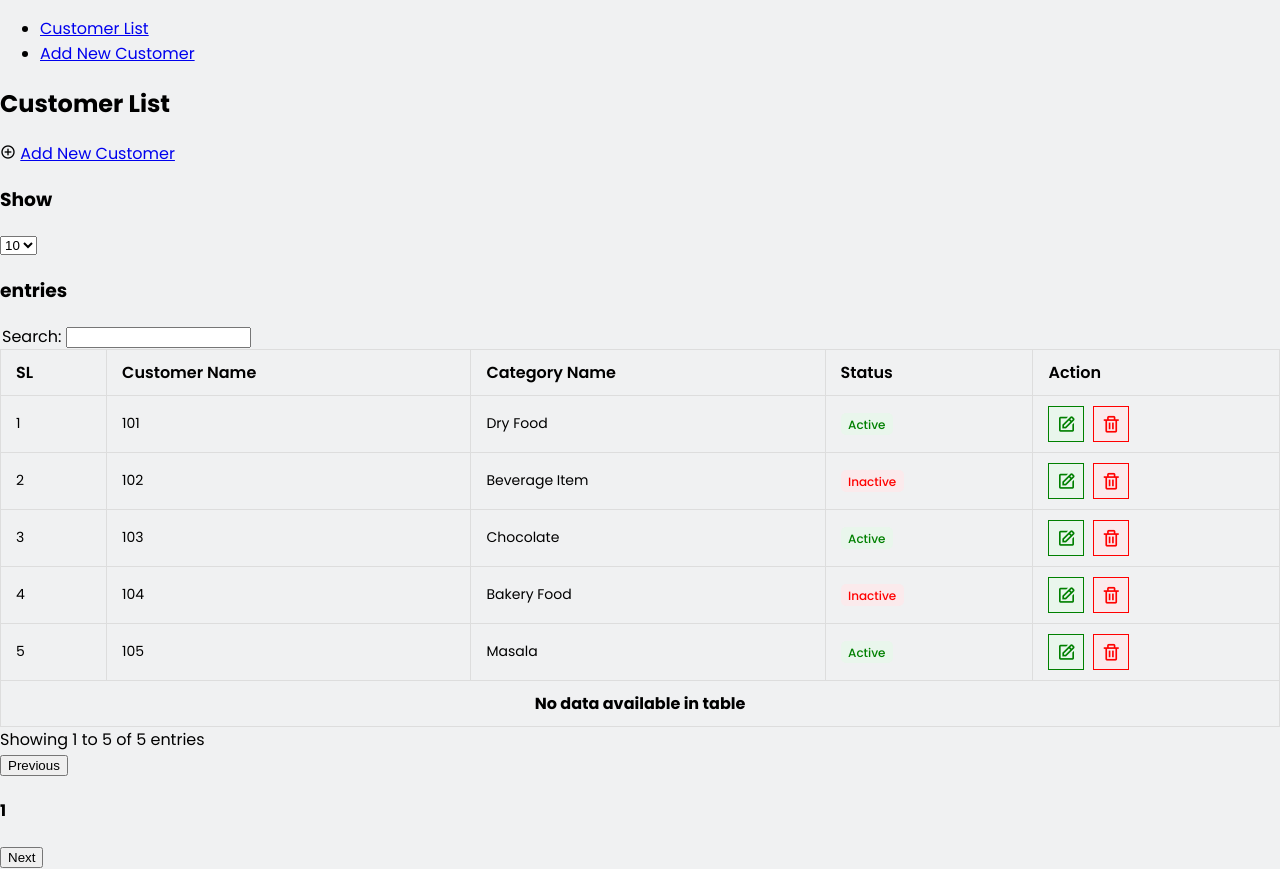
Repository: codebyaddro/customer-page
Page: customer.html
The author's editor kept a copy of each file at every save. The page is drawn from the files as they stood at one save, then again after a run of saves.
The browser window is 1280 px wide. The pictures show the whole page.

Above is the page before, as saved 2025-02-20 13:54:32.

### customer.html
<!DOCTYPE html>
<html lang="en">
<head>
    <meta charset="UTF-8">
    <meta name="viewport" content="width=device-width, initial-scale=1.0">
    <!-- CSS -->
    <link rel="stylesheet" href="css/customer.css">
    <!-- Icons -->
    <link href='https://unpkg.com/boxicons@2.1.4/css/boxicons.min.css' rel='stylesheet'>
    <title>Customer - Page</title>
</head>
<body>
    <div class="cba-customer-container">
        <div class="cba-cusc-top-menus">
            <ul>
                <li><a href="/index.html" class="-cba-cusc-active-menu">Customer List</a></li>
                <li><a href="/inner-pages/html/anc.html" class="cba-cusc-light-up">Add New Customer</a></li>
            </ul>
        </div>
        <div class="cba-cusc-list-container">
            <div class="cba-cusc-heading-add-new-btn">
                <div class="cba-cusc-heading">
                    <h2>Customer List</h2>
                </div>
                <div class="cba-cusc-add-new-btn">
                    <i class='cba-cusc-add-icon bx bx-plus-circle'></i>
                    <a href="/inner-pages/html/anc.html">Add New Customer</a>
                </div>
            </div>
            <div class="cba-cusc-list-short-dpdwn-search-box">
                <div class="cba-cusc-list-short-dpdwn">
                    <h3>Show</h3>
                    <select name="10" id="">
                        <option value="">10</option>
                        <option value="">20</option>
                        <option value="">30</option>
                        <option value="">All</option>
                    </select>
                    <h3>entries</h3>
                </div>
                <div class="cba-cusc-search-box">
                    <legend>Search: <input type="text"></legend>
                </div>
            </div>
            <div class="cba-cusc-table-list">
                <table>
                    <thead>
                        <tr>
                            <th title="SL">SL</th>
                            <th title="Code">Customer Name</th>
                            <th title="Category Name">Category Name</th>
                            <th title="Status">Status</th>
                            <th title="Action">Action</th>
                        </tr>
                    </thead>
                    <tbody>
                        <tr>
                            <td>1</td>
                            <td>101</td>
                            <td>Dry Food</td>
                            <td><span class="active">Active</span></td>
                            <td>
                                <a title="Edit" href="#"><i class='edit-icon bx bx-edit'></i></a>
                                <a title="Delete" href="#"><i class='delete-icon bx bx-trash'></i></a>
                            </td>
                        </tr>
                        <tr>
                            <td>2</td>
                            <td>102</td>
                            <td>Beverage Item</td>
                            <td><span class="inactive">Inactive</span></td>
                            <td>
                                <a title="Edit" href="#"><i class='edit-icon bx bx-edit'></i></a>
                                <a title="Delete" href="#"><i class='delete-icon bx bx-trash'></i></a>
                            </td>
                        </tr>
                        <tr>
                            <td>3</td>
                            <td>103</td>
                            <td>Chocolate</td>
                            <td><span class="active">Active</span></td>
                            <td>
                                <a title="Edit" href="#"><i class='edit-icon bx bx-edit'></i></a>
                                <a title="Delete" href="#"><i class='delete-icon bx bx-trash'></i></a>
                            </td>
                        </tr>
                        <tr>
                            <td>4</td>
                            <td>104</td>
                            <td>Bakery Food</td>
                            <td><span class="inactive">Inactive</span></td>
                            <td>
                                <a title="Edit" href="#"><i class='edit-icon bx bx-edit'></i></a>
                                <a title="Delete" href="#"><i class='delete-icon bx bx-trash'></i></a>
                            </td>
                        </tr>
                        <tr>
                            <td>5</td>
                            <td>105</td>
                            <td>Masala</td>
                            <td><span class="active">Active</span></td>
                            <td>
                                <a title="Edit" href="#"><i class='edit-icon bx bx-edit'></i></a>
                                <a title="Delete" href="#"><i class='delete-icon bx bx-trash'></i></a>
                            </td>
                        </tr>
                        <tr class="cba-cusc-no-data-available">
                            <th colspan="5">No data available in table</th>
                        </tr>
                    </tbody>
                </table>
            </div>
            <div class="cba-cusc-entries-details-list-page-btn">
                <div class="cba-cusc-entries-details">
                    Showing <span>1</span> to <span>5</span> of <span>5</span> entries
                </div>
                <div class="cba-cusc-list-page-btn">
                    <button>Previous</button>
                    <h4><span>1</span></h4>
                    <button>Next</button>
                </div>
            </div>
        </div>
    </div>
</body>
</html>

### css/customer.css
/* -- fonts -- */
@import url('https://fonts.googleapis.com/css2?family=Poppins:ital,wght@0,100;0,200;0,300;0,400;0,500;0,600;0,700;0,800;0,900;1,100;1,200;1,300;1,400;1,500;1,600;1,700;1,800;1,900&family=Raleway:ital,wght@0,100..900;1,100..900&family=Roboto:ital,wght@0,100;0,300;0,400;0,500;0,700;0,900;1,100;1,300;1,400;1,500;1,700;1,900&family=VT323&display=swap');

/* -- root -- */

:root {
    --gray-white: #F0F1F2; /* For body*/
    --white: #FFFFFF;
    --black: #000000;
    --gray-black: #DDDDDD;
    --light-black: #212523;
    --light-black-op: #21252350;
    --main-green: #157343;
    --main-light: #37A000;
    --light-orange: #FD7E14;
    --green: #008000;
    --light-green: #e9f6ec;
    --red: #FF0000;
    --light-red: #fbeaec;
}

/* ---------- */

* {
    box-sizing: border-box;
}

body {
    margin: 0;
    padding: 0;
    font-family: "Poppins", serif;
    background-color: var(--gray-white);
}

::selection {
    color: var(--white);
    background-color: var(--main-light);
}

/* -- category container style -- */

.category-container {
    width: 100%;
    margin-top: 25px;
}

/* -- top menus style--  */

.top-menus {
    background-color: var(--white);
    display: flex;
    justify-content: left;
    align-items: center;
    height: 60px;
    margin-bottom: 15px;
}

.top-menus ul {
    list-style-type: none;
    display: flex;
    gap: 30px;
    margin-left: -20px;
}

.top-menus ul li a {
    text-decoration: none;
    color: var(--black);
    font-size: 15px;
    font-weight: 500;
}

/* -- active menu style -- */

.active-menu {
    color: var(--white)!important;
    background-color: var(--main-green);
    padding: 8px 12px;
    border-radius: 5px;
}

/* -- menu hover style -- */

.light-up:hover {
    color: var(--light-orange);
}

/* -- list container style -- */

.list-container {
    background-color: var(--white);
    padding: 0px 20px;
}

/* -- heading-add-new-btn style -- */

.heading-add-new-btn {
    display: flex;
    justify-content: space-between;
    align-items: center;
    border-bottom: 1px solid var(--gray-black) ;
}

.heading h2 {
    color: var(--light-black);
    font-size: 25px;
    font-weight: 500;
}

/* -- add-new-btn style -- */

.add-new-btn {
    display: flex;
    gap: 5px;
    justify-content: baseline;
    align-items: center;
}

.add-new-btn {
    background-color: var(--main-green);
    padding: 5px 10px;
    border-radius: 5px;
}

.add-new-btn a {
    color: var(--white);
    text-decoration: none;
}

.add-icon {
    color: var(--white);
    font-size: 20px;
}

/* -- list-short-dpdwn-search-box style -- */

.list-short-dpdwn-search-box {
    display: flex;
    justify-content: space-between;
    align-items: center;
    padding: 10px 0px;
}

/* -- list-short-dpdwn style -- */

.list-short-dpdwn {
    display: flex;
    gap: 7.5px;
    align-items: center;
}

.list-short-dpdwn h3 {
    color: var(--light-black);
    font-size: 15px;
    font-weight: 500;
}

.list-short-dpdwn select {
    color: var(--light-black);
    appearance: none;
    height: 25px;
    width: 30px;
    padding-left: 6px;
    outline: none;
    border-radius: 2.5px;
}

/* -- search-box style -- */

.search-box {
    display: flex;
    align-items: center;
}

.search-box legend {
    color: var(--light-black);
}

.search-box input {
    outline: none;
    height: 25px;
    width: 193px;
    border: 1px solid var(--gray-black);
}

/* -- table-list style --*/

table {
    border-collapse: collapse;
    width: 100%;
}

@media (max-width: 768px) {
    table {
        width: 100%;
        padding: 0rem;
        display: block;
        overflow-x: scroll;
        overflow-y: hidden;
        scrollbar-width: thin;
        scrollbar-color: var(--black);
    }
}

/* -- thead style -- */

thead {
    cursor: pointer;
}

th, td {
    border: 1px solid var(--gray-black);
    padding: 10px 15px;
}

thead tr th {
    font-size: 1rem;
    font-weight: 600;
    text-align: left;
}

tbody tr td {
    font-size: 0.875rem;
}

tbody tr:hover {
    background-color: var(--gray-white);
}

/* -- tbody style -- */

/* status style */

.active {
    color: var(--green);
    background-color: var(--light-green);
    font-size: 12px;
    font-weight: 500;
    padding: 2.5px 7.5px;
    border-radius: 5px;
}

.inactive {
    color: var(--red);
    background-color: var(--light-red);
    font-size: 12px;
    font-weight: 500;
    padding: 2.5px 7.5px;
    border-radius: 5px;
}

/* -- action style -- */

.edit-icon {
    color: var(--green);
    background-color: var(--light-green);
    padding: 7px 7px;
    margin-right: 2.5px;
    border: 1px solid var(--green);
    font-size: 20px;
}

.edit-icon:hover {
    background-color: var(--light-black-op);
}

.delete-icon {
    color: var(--red);
    background-color: var(--light-red);
    padding: 7px 7px;
    margin-left: 2.5px;
    border: 1px solid var(--red);
    font-size: 20px;
}

.delete-icon:hover {
    background-color: var(--light-black-op);
}

/* -- no data style */

.no-data-available th {
    font-size: 14px;
    font-weight:500;
    color: var(--black);
    background-color: var(--gray-white);
}

/* -- entries-details-list-page-btn style -- */

.entries-details-list-page-btn {
    display: flex;
    justify-content: space-between;
    align-items: center;
    padding: 10px 0px;
}

.entries-details {
    color: var(--black);
    font-size: 15px;
}

.list-page-btn {
    display: flex;
    gap: 5px;
    align-items: center;
}

.list-page-btn button {
    color: var(--light-black);
    background-color: var(--gray-white);
    padding: 8px 14px;
    border: none;
    border-radius: 5px;
    cursor: pointer;
}

.list-page-btn h4 {
    color: var(--white);
    background-color: var(--main-light);
    font-size: 15px;
    font-weight: 400;
    padding: 3px 12px;
    border-radius: 5px;
}

After the next 7 saves:
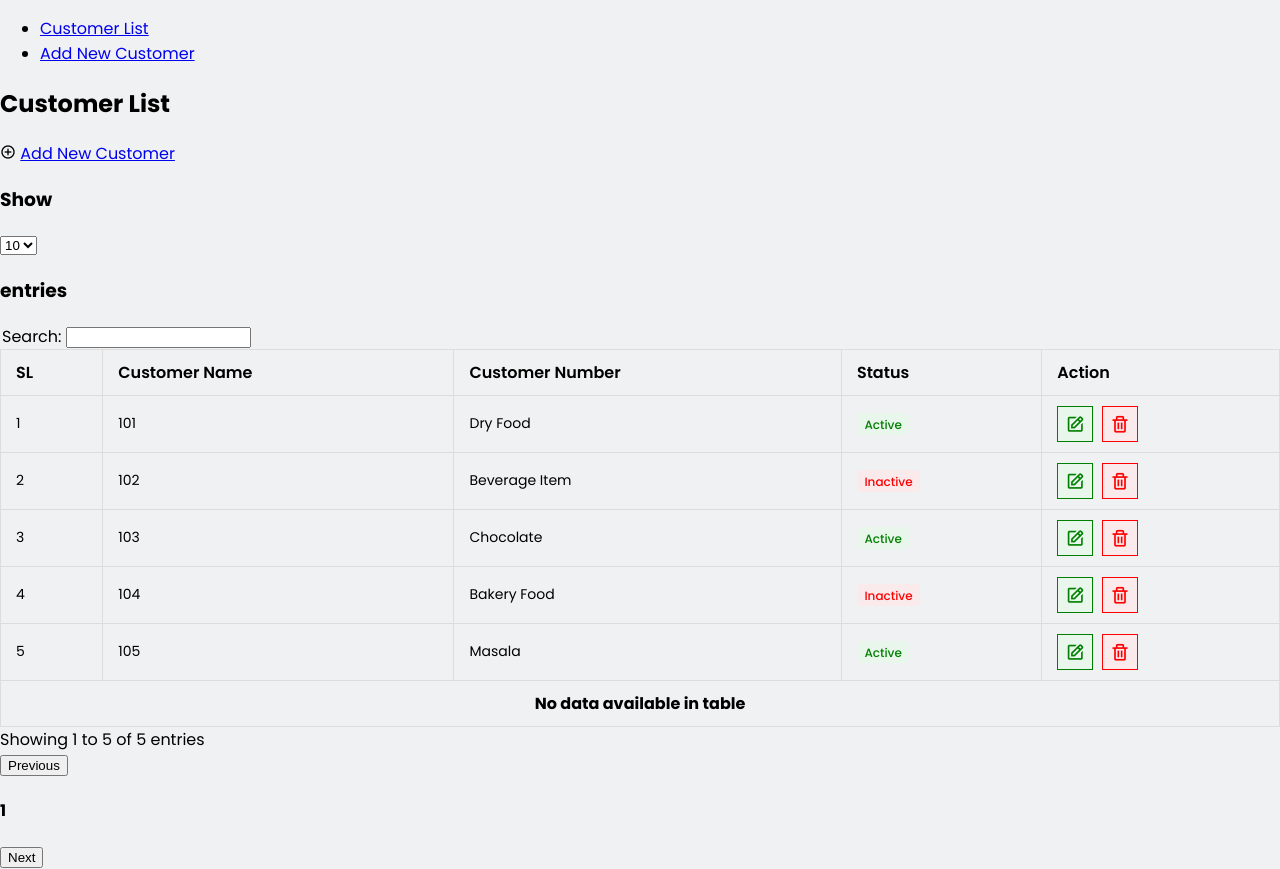
The 7 saves are shown as one change because they came seconds apart.
The last was saved 13 s later.
--- a/customer.html
+++ b/customer.html
@@ -48,7 +48,7 @@
                         <tr>
                             <th title="SL">SL</th>
                             <th title="Code">Customer Name</th>
-                            <th title="Category Name">Category Name</th>
+                            <th title="Category Name">Customer Number</th>
                             <th title="Status">Status</th>
                             <th title="Action">Action</th>
                         </tr>
